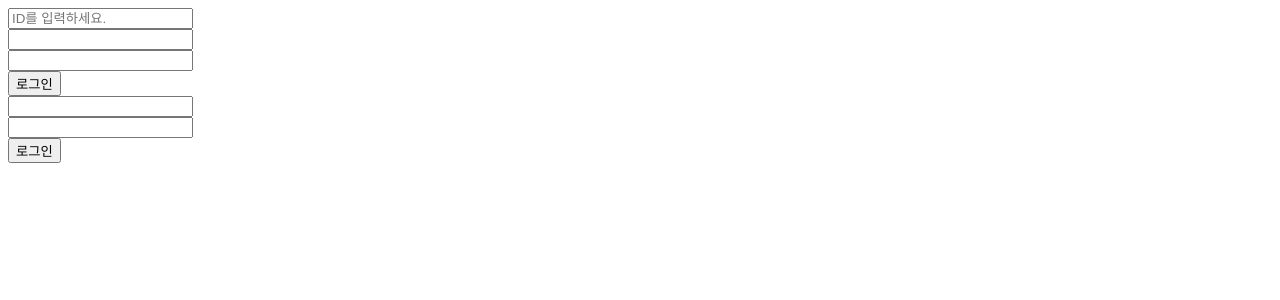
Repository: woneeseo/javastudy
Page: htmlStudy/workspace_html/HelloWorld/WebContent/c.html
These files come from the project's save history. The page is drawn as it stood at one moment and after the next save; the edit follows.
The browser window is 1280 px wide. The pictures show the whole page.

Above is the page before, as saved 2020-12-04 06:24:12.

### htmlStudy/workspace_html/HelloWorld/WebContent/c.html
<!DOCTYPE html>
<html>
<head>
<meta charset="UTF-8">
<title>Insert title here</title>
</head>
<body>

<input placeholder="ID를 입력하세요.">
<!-- placeholder는 입력창에 메세지를 남겨둘 수 있음 -->
<!-- 입력 커서가 들어가면 메세지가 사라짐 -->
<!-- 하지만 input태그는  -->
<br>

<form action="b.html">

	<input name="id">
	<!-- input태그에 넘겨준 데이터를 name태그와 페어링을 해 넘겨줘야 하기 때문에 -->
	<!-- input을 사용할 경우 반드시 name값을 줘야 한다 -->
	<br>
	<input type="password" name="pw">
	<br>
	<input type="submit" value="로그인">

</form>

<form action="b.html" method="post">

<!-- 데이터 전송방식 -->
<!-- get은 URL에 쿼리스트림을 붙여서 전송 = url을 통해 노출이 됨-->
<!-- http://localhost:8089/HelloWorld/b.html?id=teacheryo&pw=123456 -->
<!-- post는 전송객체의 본문(body)에 넣어서 전송 = 보안적으로 유리 -->
<!-- http://localhost:8089/HelloWorld/b.html (쿼리스트림에 정보가 노출되지 않음) -->
<!-- post 방식은 더 많은 정보를 가지고 있을 수 있지만 get보다 속도가 느림 -->
<!-- get은 데이터를 넘겨주는 크기가 정해져있지만, post는 무한정 -->
<!-- 보안성&데이터 전송량을 생각하면 get/post를 선택할 수 있음 -->
<!-- 비교적 중요하지 않고, 데이터 전송량이 많지 않으면 get (ex.설문조사..) -->
<!-- 중요한  -->

	<input name="id">
	<br>
	<input type="password" name="pw">
	<!-- password를 입력받는 input창이라면 반드시 type에 password를 입력해줘야 함 -->
	<br>
	<input type="submit" value="로그인">

</form>

</body>
</html>

After the next save:
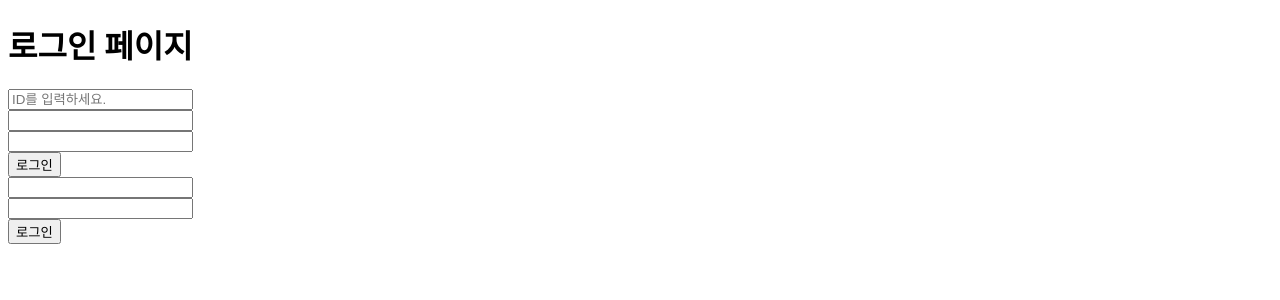
Saved 29 min 49 s later.
--- a/htmlStudy/workspace_html/HelloWorld/WebContent/c.html
+++ b/htmlStudy/workspace_html/HelloWorld/WebContent/c.html
@@ -6,13 +6,17 @@
 </head>
 <body>
 
+<h1>로그인 페이지</h1>
+<!-- 헤더태그 : 제목/소제목등을 표현할 수 있음. h1~h6까지 있으며 h1이 가장 크기가 크다. -->
+
 <input placeholder="ID를 입력하세요.">
 <!-- placeholder는 입력창에 메세지를 남겨둘 수 있음 -->
 <!-- 입력 커서가 들어가면 메세지가 사라짐 -->
-<!-- 하지만 input태그는  -->
+<!-- 하지만 input태그는 form태그 본문 안에 있지 않으면 아무 쓸모 없음 -->
 <br>
 
 <form action="b.html">
+<!-- submit으로 넘겨주는 값을 어디로 보낼것인가? form태그의 action에서 정한다 -->
 
 	<input name="id">
 	<!-- input태그에 넘겨준 데이터를 name태그와 페어링을 해 넘겨줘야 하기 때문에 -->
@@ -21,6 +25,7 @@
 	<input type="password" name="pw">
 	<br>
 	<input type="submit" value="로그인">
+	<!-- submit : 버튼기능. 값을 넘겨줌 -->
 
 </form>
 
@@ -35,7 +40,7 @@
 <!-- get은 데이터를 넘겨주는 크기가 정해져있지만, post는 무한정 -->
 <!-- 보안성&데이터 전송량을 생각하면 get/post를 선택할 수 있음 -->
 <!-- 비교적 중요하지 않고, 데이터 전송량이 많지 않으면 get (ex.설문조사..) -->
-<!-- 중요한  -->
+<!-- 중요한 내용이거나 개인적인 정보가 포함 될 경우 post를 사용 (ex.회원가입..) -->
 
 	<input name="id">
 	<br>
